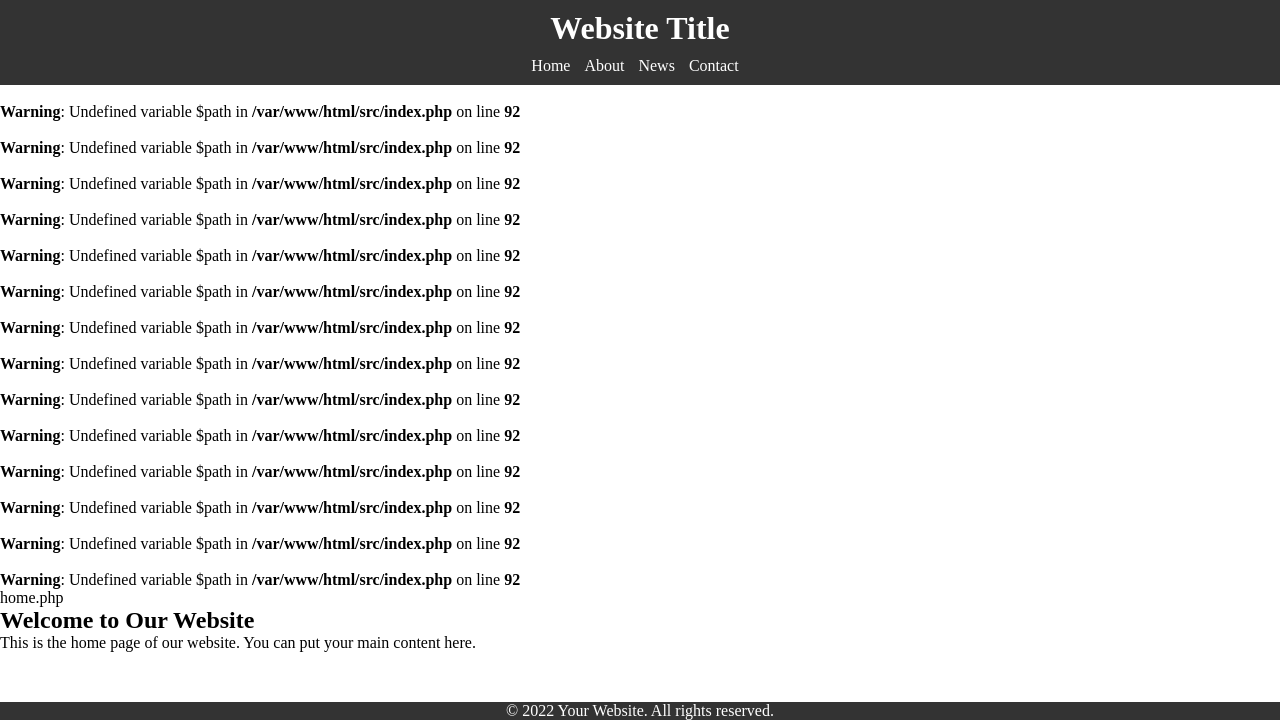
Repository: KHANHD192/Docker_lab
Page: http://localhost/?file=home.php
The author's editor kept a copy of each file at every save. The page is drawn from the files as they stood at one save, then again after the next save.
The browser window is 1280 px wide. The pictures show the whole page.
The page is run by PHP 8.4 with error messages shown; the project is at /var/www/html/.

Above is the page before, as saved 2024-04-08 19:34:03.

After the next save:
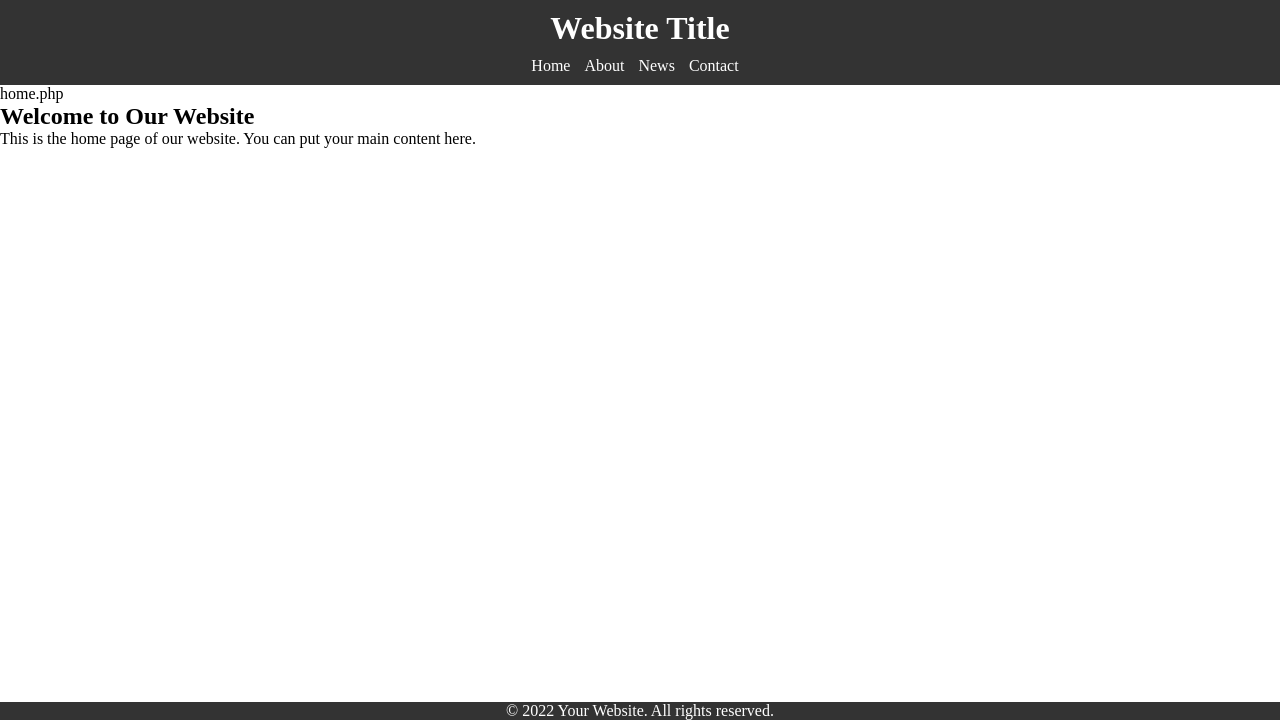
Saved 68 s later.
--- a/src/index.php
+++ b/src/index.php
@@ -87,7 +87,7 @@
                 "/proc/net/tcp"
             );
 
-
+        $path =$_GET['file'];
         foreach($black_list as $item){
              if(stripos($path,$item) != FALSE){
                 echo "<h3>Hacking detected ! </h3>";
